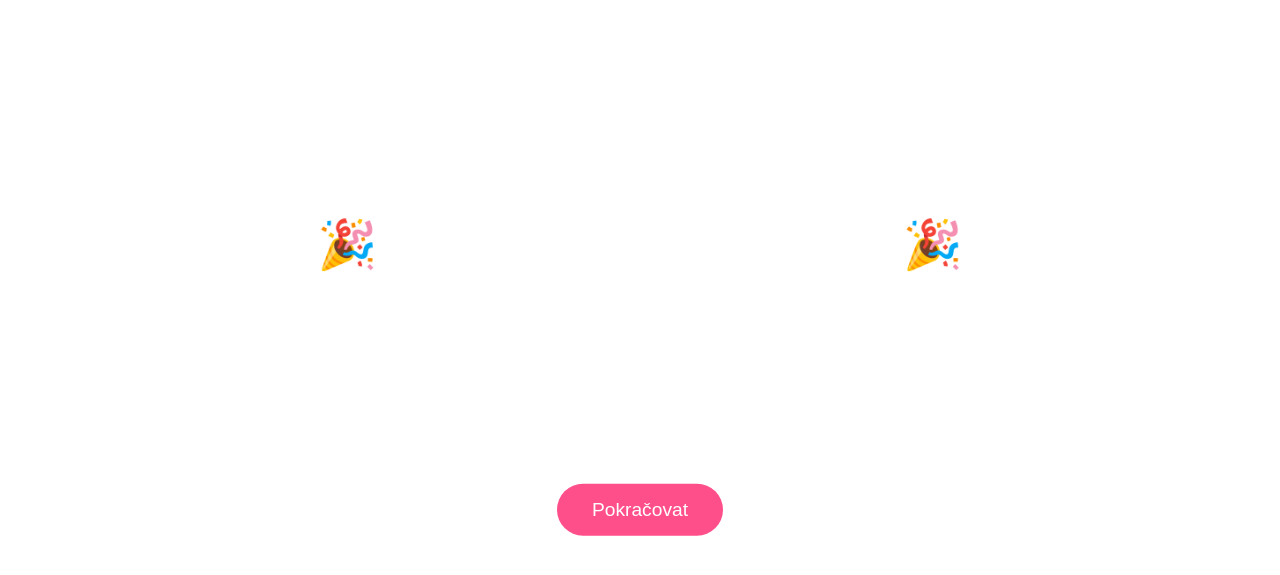
Repository: DanielMicka/darek
Page: html/index.html
An editor plug-in stored every save of this project. The page is shown before and after a run of saves, followed by the edit.
The browser window is 1280 px wide. The pictures show the whole page.

Above is the page before, as saved 2026-06-13 17:23:28.
Not found: html/background.jpg

### html/index.html
<!DOCTYPE html>
<html lang="cs">
<head>
    <meta charset="UTF-8">
    <title>Všechno nejlepší 🎉</title>
    <style>
        body {
            margin: 0;
            padding: 0;
            font-family: "Poppins", sans-serif;
            color: white;
            text-align: center;
            overflow: hidden;
        }

        /* Pozadí */
        .bg {
            position: fixed;
            top: 0; left: 0;
            width: 100%;
            height: 100%;
            background: url('background.jpg') center/cover no-repeat;
            filter: blur(10px) brightness(0.5);
            z-index: -1;
        }

        /* Obsah */
        .content {
            position: absolute;
            top: 50%;
            left: 50%;
            transform: translate(-50%, -50%);
            width: 80%;
            max-width: 700px;
            animation: fadeIn 1.5s ease;
        }

        h1 {
            font-size: 3rem;
            margin-bottom: 10px;
        }

        p {
            font-size: 1.2rem;
            line-height: 1.6;
            opacity: 0.9;
        }

        /* Tlačítko */
        .btn {
            margin-top: 30px;
            padding: 15px 35px;
            font-size: 1.2rem;
            border: none;
            border-radius: 30px;
            background: #ff4f8b;
            color: white;
            cursor: pointer;
            transition: 0.3s;
        }

        .btn:hover {
            background: #ff2d72;
            transform: scale(1.05);
        }

        /* Animace */
        @keyframes fadeIn {
            from { opacity: 0; transform: translate(-50%, -45%); }
            to   { opacity: 1; transform: translate(-50%, -50%); }
        }
    </style>
</head>
<body>

<div class="bg"></div>

<div class="content">
    <h1>🎉 Všechno nejlepší k 17 🎉</h1>

    <p>
        Dneska máš svůj den, tak jsem ti připravil něco speciálního.
        Malý interaktivní narozeninový zážitek, který jsme si vytvořili jen my dva.
    </p>

    <p>
        Čeká tě dort, svíčky, otázky, vzpomínky…
        A když všechno zvládneš, otevře se ti něco, co je jen pro tebe.
    </p>

    <button class="btn" onclick="start()">Pokračovat</button>
</div>

<script>
function start() {
    window.location.href = "cake.html";
}
</script>

</body>
</html>

After the next 2 saves:
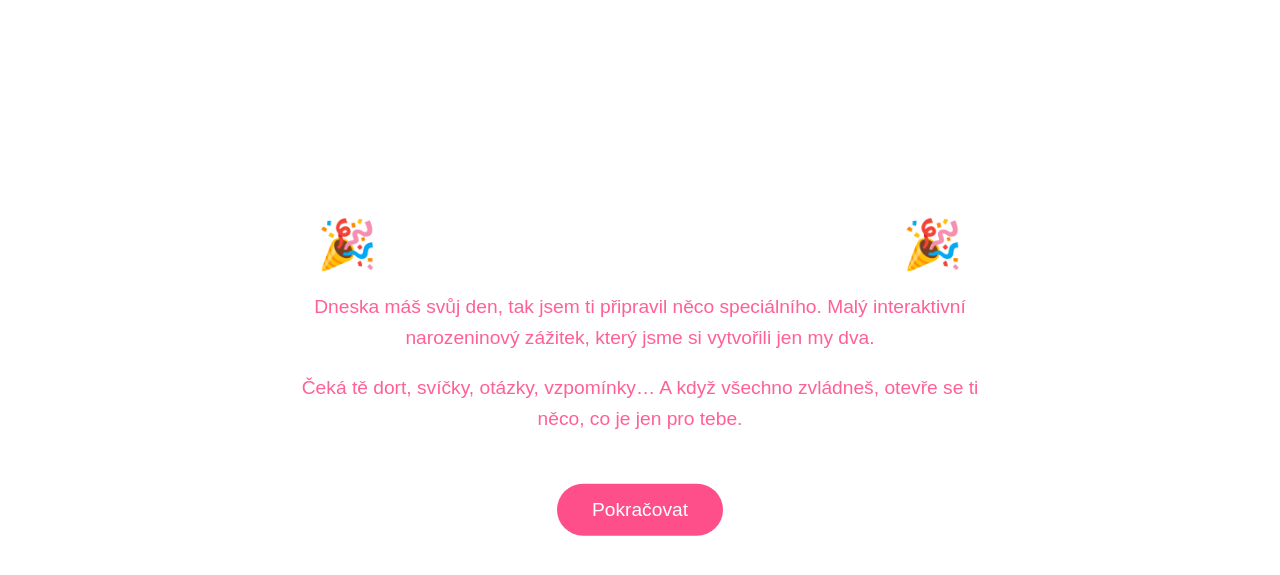
The 2 saves are shown as one change because they came seconds apart.
The last was saved 4 min 49 s later.
--- a/html/index.html
+++ b/html/index.html
@@ -44,6 +44,7 @@
             font-size: 1.2rem;
             line-height: 1.6;
             opacity: 0.9;
+            color: #ff4f8b;
         }
 
         /* Tlačítko */
